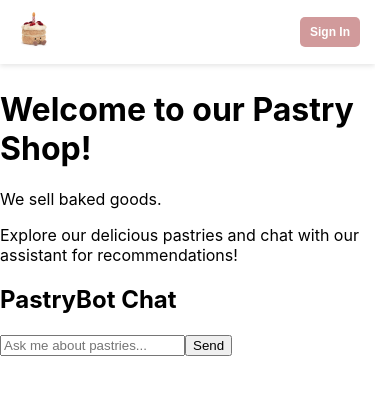
Repository: agrnerd17/Website-Chatbot
Page: / (app in pastry-chatbot/)
The author's editor kept a copy of each file at every save. The page is drawn from the files as they stood at one save, then again after the next save.
The browser window is 375 px wide. The pictures show the whole page.
The project was rebuilt for these pictures with package versions that can differ from the ones it lists, and the page was loaded fresh each time. Also part of the build but not shown: pastry-chatbot/src/styles/Chatbot.css.

Above is the page before, as saved 2024-12-08 14:14:55.

After the next save:
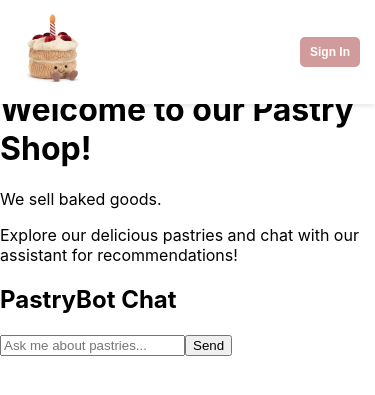
Saved 47 s later.
--- a/pastry-chatbot/src/styles/Navbar.css
+++ b/pastry-chatbot/src/styles/Navbar.css
@@ -86,6 +86,6 @@
     }
 
     .navbar-logo img {
-      height: 40px; /* Resize logo */
+      height: 80px; /* Resize logo */
     }
   }
